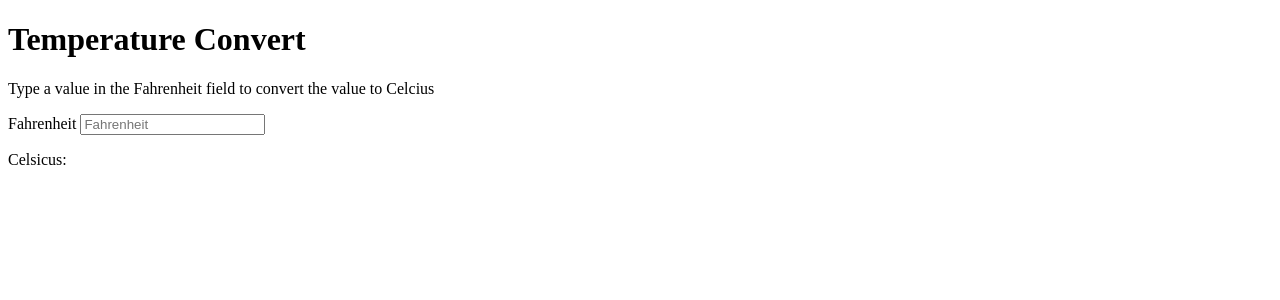
Repository: tungts3qb/BTCodeGym
Page: temprate-convert.html
An editor plug-in stored every save of this project. The page is shown before and after the next save, followed by the edit.
The browser window is 1280 px wide. The pictures show the whole page.

Above is the page before, as saved 2023-01-11 14:28:49.

After the next save:
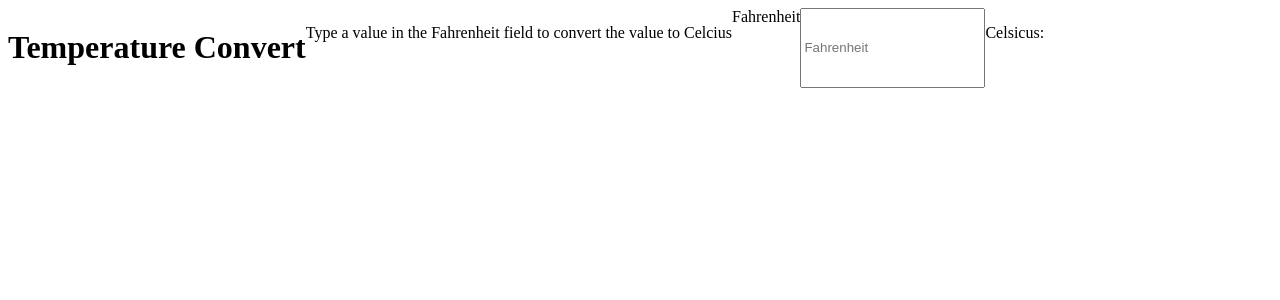
Saved 35 s later.
--- a/temprate-convert.html
+++ b/temprate-convert.html
@@ -9,7 +9,7 @@
   <body>
     <style>
       #form {
-        margin: 0 auto;
+        display: flex;
       }
     </style>
     <form action="" id="form">
